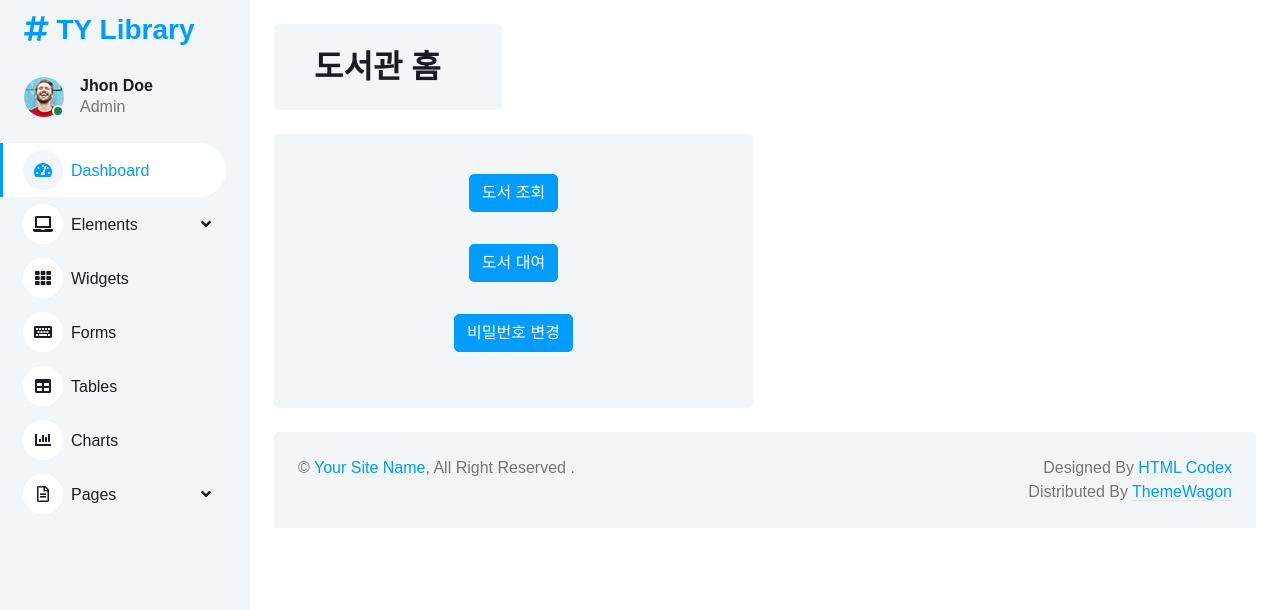
Repository: maryong2/myfirstgitproject
Page: http://localhost/library/WEB-INF/views/admin/user-home.jsp
An editor plug-in stored every save of this project. The page is shown before and after the next save, followed by the edit.
The browser window is 1280 px wide. The pictures show the whole page.
Some web fonts or font styles are not loaded; a fallback is used. Some web libraries are served in a nearby version. The page is served by Tomcat 9. Nobody is signed in. The template is opened directly, without the code that normally fills it, so the values that code supplies are empty.

Above is the page before, as saved 2023-11-27 02:15:30.
Console error: TypeError: Cannot read properties of undefined (reading 'getContext')

After the next save:
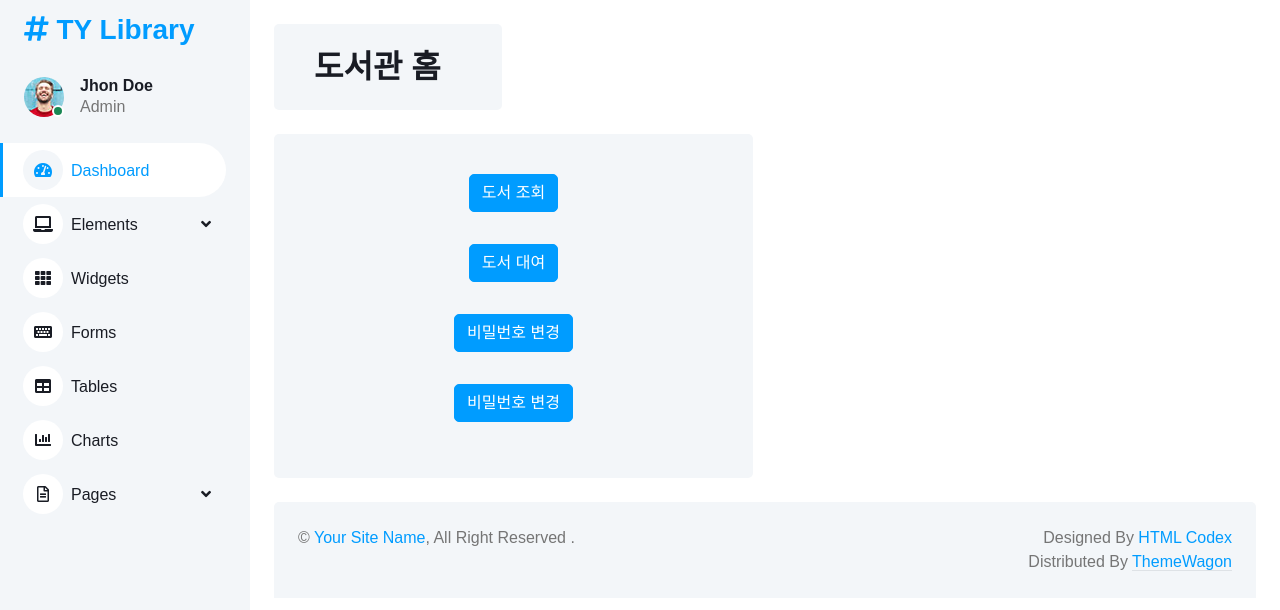
Saved 113 s later.
--- a/library/src/main/webapp/WEB-INF/views/admin/user-home.jsp
+++ b/library/src/main/webapp/WEB-INF/views/admin/user-home.jsp
@@ -172,6 +172,13 @@
 												onclick="go('passwordRest')">비밀번호 변경</button>
 										</td>
 									</tr>
+									<tr>
+
+										<td>
+											<button type="button" class="btn btn-primary m-2"
+												onclick="go('logout')">비밀번호 변경</button>
+										</td>
+									</tr>
 								</tbody>
 							</table>
 						</div>
